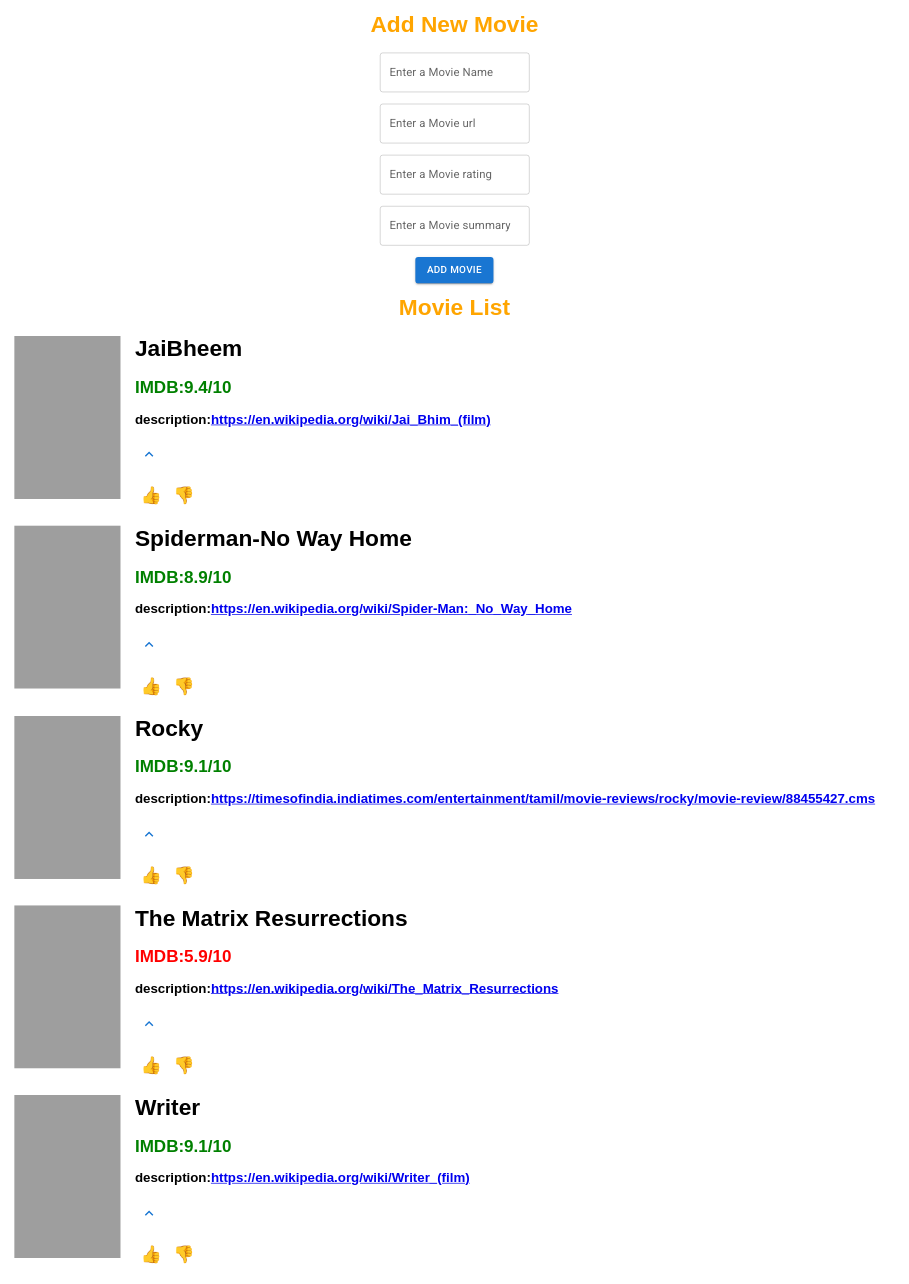
Repository: baladhinesh18/first-app
Page: /Counter
The author's editor kept a copy of each file at every save. The page is drawn from the files as they stood at one save, then again after the next save.
The browser window is 1280 px wide. The pictures show the whole page, at 71% of full size.
Pictures or frames that could not be fetched are drawn as grey boxes. The project was rebuilt for these pictures with package versions that can differ from the ones it lists, and the page was loaded fresh each time.

Above is the page before, as saved 2022-01-28 18:57:32.

### public/index.html
<!DOCTYPE html>
<html lang="en">
  <head>
    <meta charset="utf-8" />
    <!-- <link rel="icon" href="%PUBLIC_URL%/favicon.ico" /> -->
    <meta name="viewport" content="width=device-width, initial-scale=1" />
    <meta name="theme-color" content="#000000" />
    <meta
      name="description"
      content="Web site created using create-react-app"
    />
    <!-- <link rel="apple-touch-icon" href="%PUBLIC_URL%/logo192.png" /> -->
    <!--
      manifest.json provides metadata used when your web app is installed on a
      user's mobile device or desktop. See https://developers.google.com/web/fundamentals/web-app-manifest/
    -->
    <!-- <link rel="manifest" href="%PUBLIC_URL%/manifest.json" /> -->
    <!--
      Notice the use of %PUBLIC_URL% in the tags above.
      It will be replaced with the URL of the `public` folder during the build.
      Only files inside the `public` folder can be referenced from the HTML.

      Unlike "/favicon.ico" or "favicon.ico", "%PUBLIC_URL%/favicon.ico" will
      work correctly both with client-side routing and a non-root public URL.
      Learn how to configure a non-root public URL by running `npm run build`.
    -->
    <link
  rel="stylesheet"
  href="https://fonts.googleapis.com/css?family=Roboto:300,400,500,700&display=swap"
/>
<link
  rel="stylesheet"
  href="https://fonts.googleapis.com/icon?family=Material+Icons"
/>
    <title>New Movies</title>
  </head>
  <body>
    <noscript>You need to enable JavaScript to run this app.</noscript>
    <div id="root"></div>
    <!--
      This HTML file is a template.
      If you open it directly in the browser, you will see an empty page.

      You can add webfonts, meta tags, or analytics to this file.
      The build step will place the bundled scripts into the <body> tag.

      To begin the development, run `npm start` or `yarn start`.
      To create a production bundle, use `npm run build` or `yarn build`.
    -->
  </body>
</html>

### src/App.js

import './App.css';
import {useState} from "react";
import Button from '@mui/material/Button';
import TextField from '@mui/material/TextField';
import IconButton from '@mui/material/IconButton';
import Badge from '@mui/material/Badge';
import ExpandLessIcon from '@mui/icons-material/ExpandLess';
// const[add,setAdd] =useState([]);
function App() {
  let users = [
    {
      name: "JaiBheem",
      url:
      "https://encrypted-tbn3.gstatic.com/images?q=tbn:ANd9GcQm8U_-RJoMKrgvpIVLbDV8ovuHIp-p_Ls5I7WHaXJUUCbhjQVd",
      rating:"9.4",
      summary:"https://en.wikipedia.org/wiki/Jai_Bhim_(film)"
    },
    {
      name: "Spiderman-No Way Home",
      url:
      "https://www.thehindubusinessline.com/news/variety/4sw3ar/article37984362.ece/ALTERNATES/PORTRAIT_355/Spider-Man---No-Way-Home-Poster-Pic-Credit---Marvel",
      rating:"8.9",
      summary:"https://en.wikipedia.org/wiki/Spider-Man:_No_Way_Home"
    },
    {
      name: "Rocky",
      url:
      "https://static.toiimg.com/thumb/msid-88435003,width-219,height-317,imgsize-16192/88435003.jpg",
      rating:"9.1",
      summary:"https://timesofindia.indiatimes.com/entertainment/tamil/movie-reviews/rocky/movie-review/88455427.cms"
    },
    {
      name: " The Matrix Resurrections",
      url:
      "https://encrypted-tbn0.gstatic.com/images?q=tbn:ANd9GcQHjE4eApjpFWlpAdiC_aFG2FkfvimiGW0TK4mB-hc_T4Uitj9J",
      rating:"5.9",
      summary:"https://en.wikipedia.org/wiki/The_Matrix_Resurrections"
    },
    {
      name: "Writer",
      url:
      "https://static.moviecrow.com/gallery/20210414/185058-Ey6W3Z2VoAMu4P2%20(1).jpg",
      rating:"9.1",
      summary:"https://en.wikipedia.org/wiki/Writer_(film)"
    }
  ];
  const mart={margin:'1rem 0 0 0'}
  const [name, setName] = useState("");
  const [url, setUrl] = useState("");
  const [rating, setRating] = useState("");
  const [summary, setSummary] = useState("");
  const[add,setAdd] =useState(users);
  // const[update,setUpdate] =useState([{users}]);
  console.log(add);
  const x={name,url,rating,summary}
  return (
    <div className="App">
    <h1 className="lor">Add New Movie</h1>
      <div  className="btn" >
      <TextField id="outlined-basic" label="Enter a Movie Name" variant="outlined" value={name} onChange={(event)=>setName(event.target.value)} />
      <TextField id="outlined-basic" label="Enter a Movie url" variant="outlined" style={mart} value={url}  onChange={(event)=>setUrl(event.target.value)}/>
      <TextField id="outlined-basic" label="Enter a Movie rating" variant="outlined" style={mart} value={rating}  onChange={(event)=>setRating(event.target.value)}/>
      <TextField id="outlined-basic" label="Enter a Movie summary" variant="outlined" style={mart} value={summary}  onChange={(event)=>setSummary(event.target.value)}/>
      <Button  variant="contained" style={mart} onClick={()=>setAdd([...add,x])}>Add Movie</Button>
      {/* <Counter/> */}
      </div>
     <h1 className="lor">Movie List</h1>
      {add.map(({ name, url ,rating,summary}) => (
        <Starting key={url} nme={name} ur={url} rat={rating} des={summary} >
        </Starting>
      ))}


    </div>
  );
}
function Counter(){
const [like,setLike]=useState(0);
const[dislike,setDislike]=useState(0);
// const marr={margin:'0 1rem 0 0 ',}
return(
  <div className="vacls">
  <IconButton onClick={()=>setLike(like+1)} color="primary"   > <Badge badgeContent={like} color="primary">
  👍
    </Badge></IconButton>
  <IconButton onClick={()=>setDislike(dislike+1)}   color="error"><Badge badgeContent={dislike} color="error">
  👎
    </Badge></IconButton>
  {/* <h1>{like}</h1> */}
  </div>
)}

function Starting({ nme, ur,rat,des }) {
const styles={color: rat>=8.5? "green":"red"};
const[isHide,setIsHide]=useState(true);

  return (
    <div>
    <div className="ro">
     <img src={ur} className="mg" alt={nme} />
      <div className="col">
      <h1> {nme}</h1>
      <h2 style={styles}>IMDB:{rat}/10</h2>
      { isHide?<h3>description:<a href={des}>{des}</a></h3>:null}
      {/* <h3>description:<a href={des}>{des}</a></h3> */}
      <div>
    <IconButton onClick={()=>setIsHide(!isHide)} color="primary"> <ExpandLessIcon/></IconButton>
    </div>
    <Counter/>
      </div>
    </div>
    </div>
  );
}

// function ColorBox(){

// }

export default App;

### src/App.css
.App {
  font-family: sans-serif;
  text-align: center;
}
.mg {
  height: 230px;
  width: 150px;
  object-fit: center;
}
.ro{
display: flex;
flex-direction: row;
margin-left: 20px;
margin-bottom: 20px;
}
.col{
  display:flex;
  flex-direction: column;
  align-items: flex-start;
margin-left: 20px;
}
.lor{
color:orange;
margin-top: 1rem;
}
h1,h2,h3{
  margin-top: 0px;
  gap: 1rem;
}
button{
  margin-bottom: 1rem;
}
.vacls{
margin-top: 1rem;
margin-right: 1rem;
}
.btn{
  display: flex;
  flex-direction: column;
  justify-content: center;
  align-items: center;
 }
 .bncs{
   margin-top:5rem;
 }

Loaded but not shown: src/index.js (common file); src/index.css (common file); src/reportWebVitals.js (common file)

After the next save:
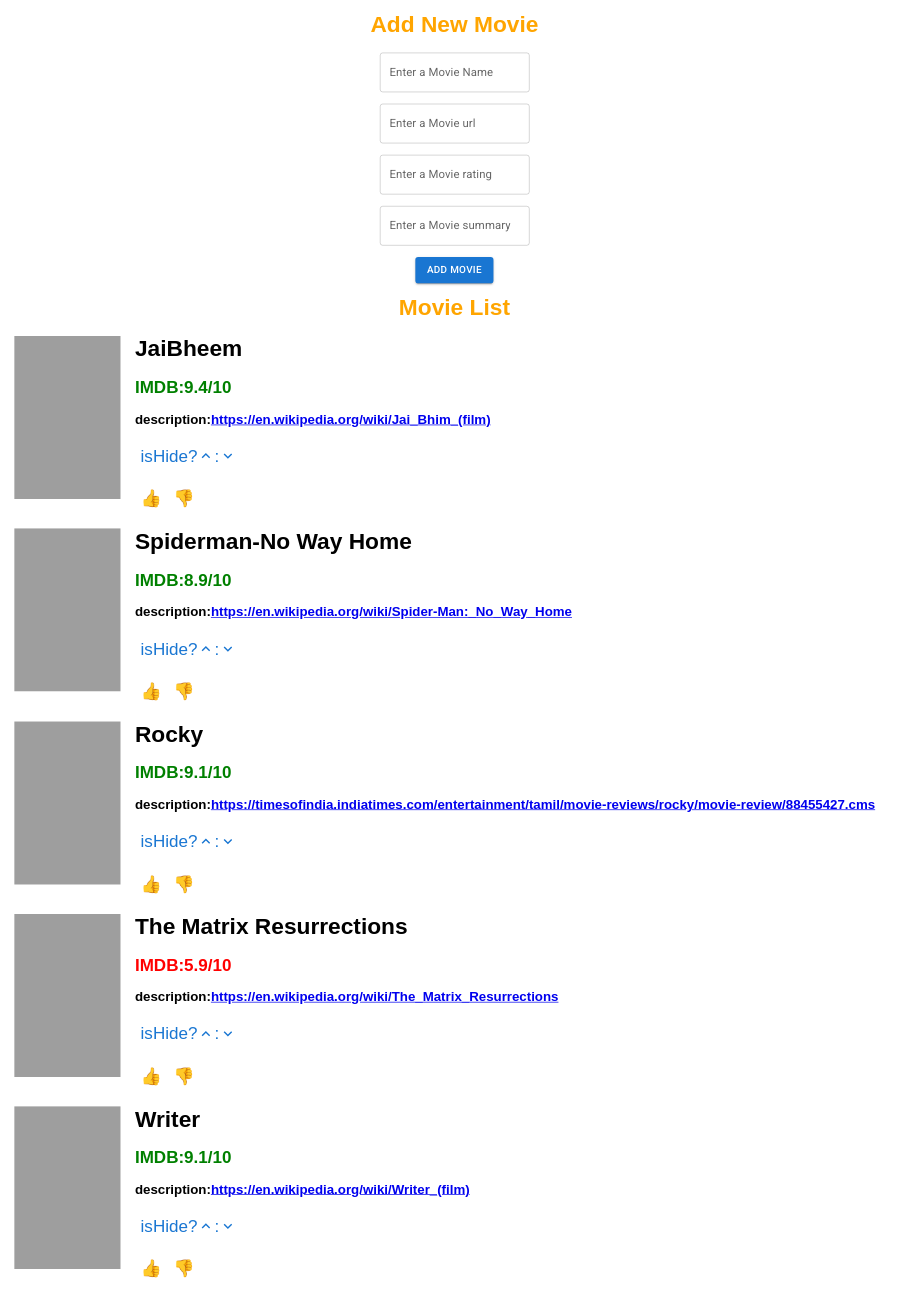
Saved 110 s later.
--- a/src/App.js
+++ b/src/App.js
@@ -6,6 +6,7 @@
 import IconButton from '@mui/material/IconButton';
 import Badge from '@mui/material/Badge';
 import ExpandLessIcon from '@mui/icons-material/ExpandLess';
+import ExpandMoreIcon from '@mui/icons-material/ExpandMore';
 // const[add,setAdd] =useState([]);
 function App() {
   let users = [
@@ -105,7 +106,7 @@
       { isHide?<h3>description:<a href={des}>{des}</a></h3>:null}
       {/* <h3>description:<a href={des}>{des}</a></h3> */}
       <div>
-    <IconButton onClick={()=>setIsHide(!isHide)} color="primary"> <ExpandLessIcon/></IconButton>
+    <IconButton onClick={()=>setIsHide(!isHide)} color="primary">isHide? <ExpandLessIcon/> : <ExpandMoreIcon/></IconButton>
     </div>
     <Counter/>
       </div>

After the save that followed:
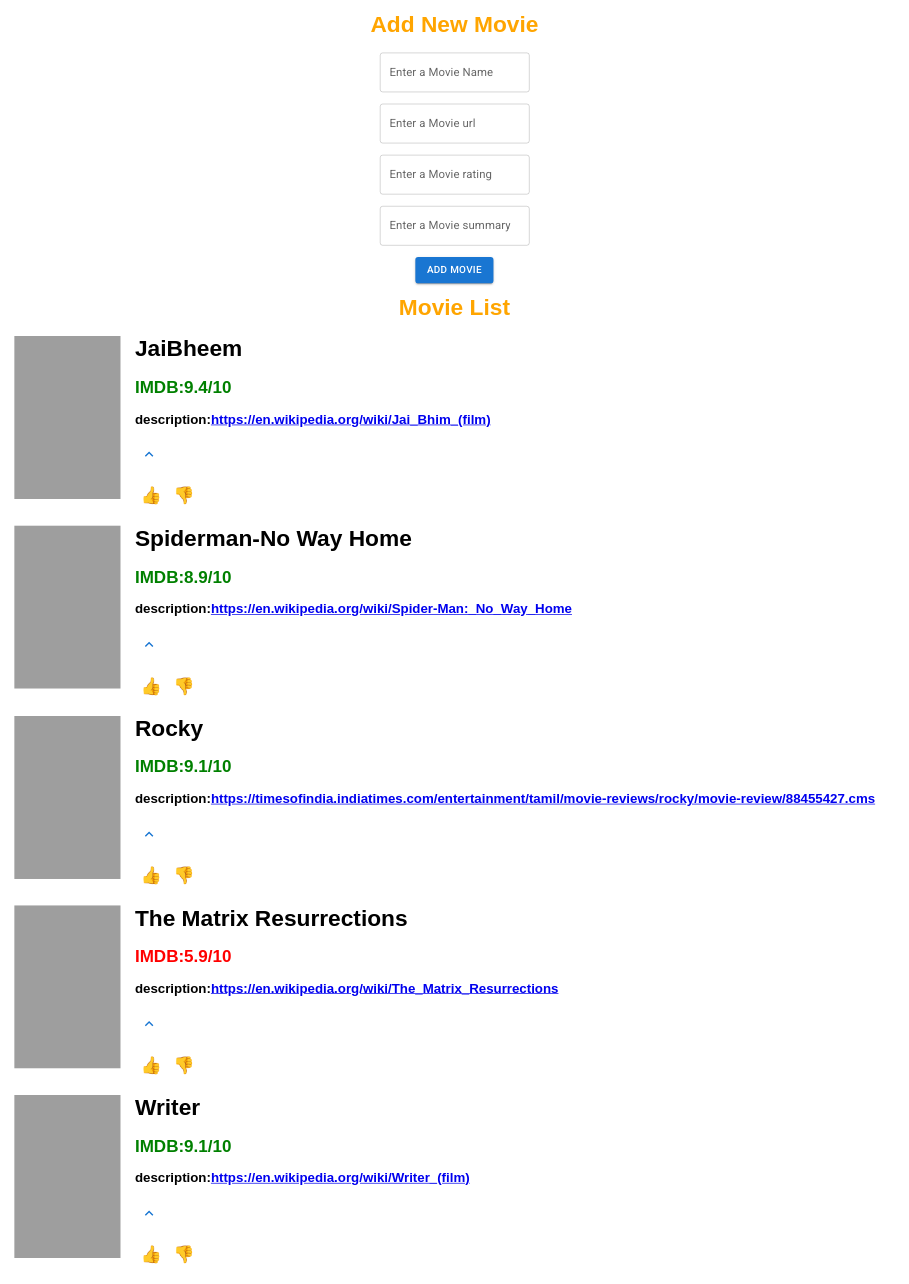
Saved 58 s later.
--- a/src/App.js
+++ b/src/App.js
@@ -106,7 +106,7 @@
       { isHide?<h3>description:<a href={des}>{des}</a></h3>:null}
       {/* <h3>description:<a href={des}>{des}</a></h3> */}
       <div>
-    <IconButton onClick={()=>setIsHide(!isHide)} color="primary">isHide? <ExpandLessIcon/> : <ExpandMoreIcon/></IconButton>
+    <IconButton onClick={()=>setIsHide(!isHide)} color="primary"> {isHide ? <ExpandLessIcon/> : <ExpandMoreIcon/>}</IconButton>
     </div>
     <Counter/>
       </div>
